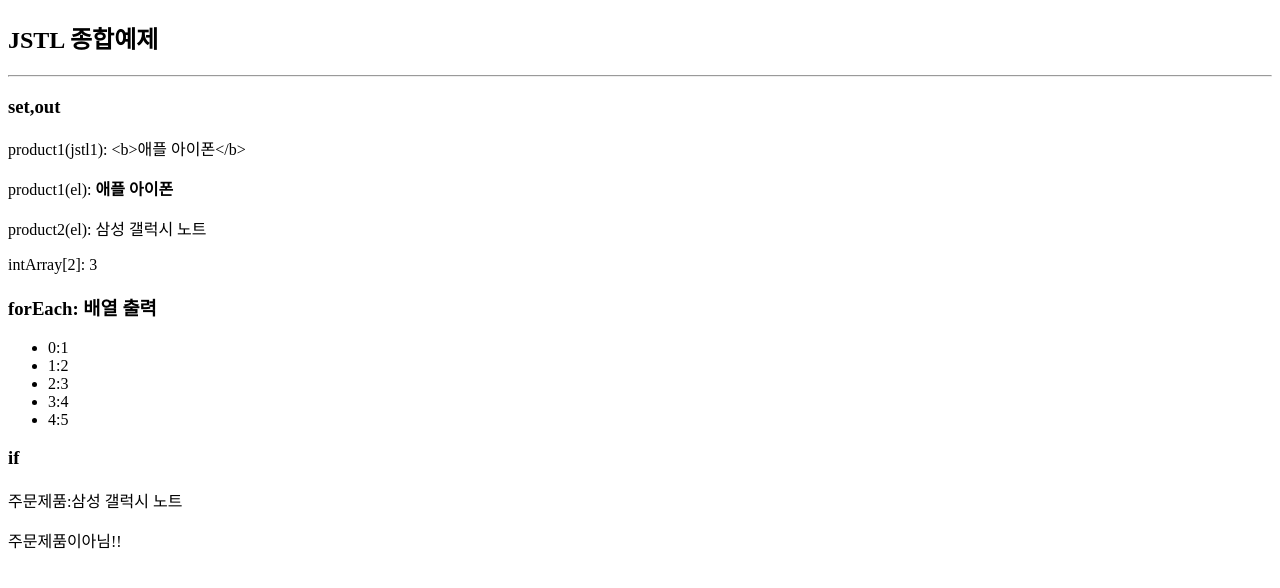
Repository: heezzanggg/JSPWebProgramming
Page: http://localhost/jwbook/ch07/jstlExam.jsp
An editor plug-in stored every save of this project. The page is shown before and after a run of saves, followed by the edit.
The browser window is 1280 px wide. The pictures show the whole page.
The page is served by Tomcat 9. Other server files are loaded and not shown.

Above is the page before, as saved 2023-03-27 18:25:01.

### JSPWebProgramming/jwbook/src/main/webapp/ch07/jstlExam.jsp
<%@ page language="java" contentType="text/html; charset=UTF-8"
    pageEncoding="UTF-8"%>
<%@ taglib uri="http://java.sun.com/jsp/jstl/core" prefix="c" %>
<!DOCTYPE html>
<html>
<head>
<meta charset="UTF-8">
<title>JSTL 종합예제</title>
</head>
<body>
	<h2>JSTL 종합예제</h2>
	<hr>

	<!-- set,out -->
	<h3>set,out</h3>
	<c:set var="product1" value="<b>애플 아이폰</b>" />
	<c:set var="product2" value="삼성 갤럭시 노트"/>
	<c:set var="intArray" value="${[1,2,3,4,5]}"/>

	<p>
		product1(jstl1):
		<c:out value="${product1}" default="Not registered" escapeXml="true" />
	</p>
	<p>product1(el): ${product1}</p>
	<p>product2(el): ${product2}</p>
	<p>intArray[2]: ${intArray[2]}</p>

	<!-- forEach -->
	<h3>forEach: 배열 출력</h3>
	<ul>
		<c:forEach var="num" varStatus="i" items="${intArray}">
			<li>${i.index}:${num}</li>
		</c:forEach>
	</ul>

	<!-- if -->
	<h3>if</h3>
	<c:set var="checkout" value="true"/>
	<c:if test="${checkout}">
		<p>주문제품:${product2}</p>
	</c:if>
		<p>주문제품이아님!!</p>
</body>
</html>

After the next 6 saves:
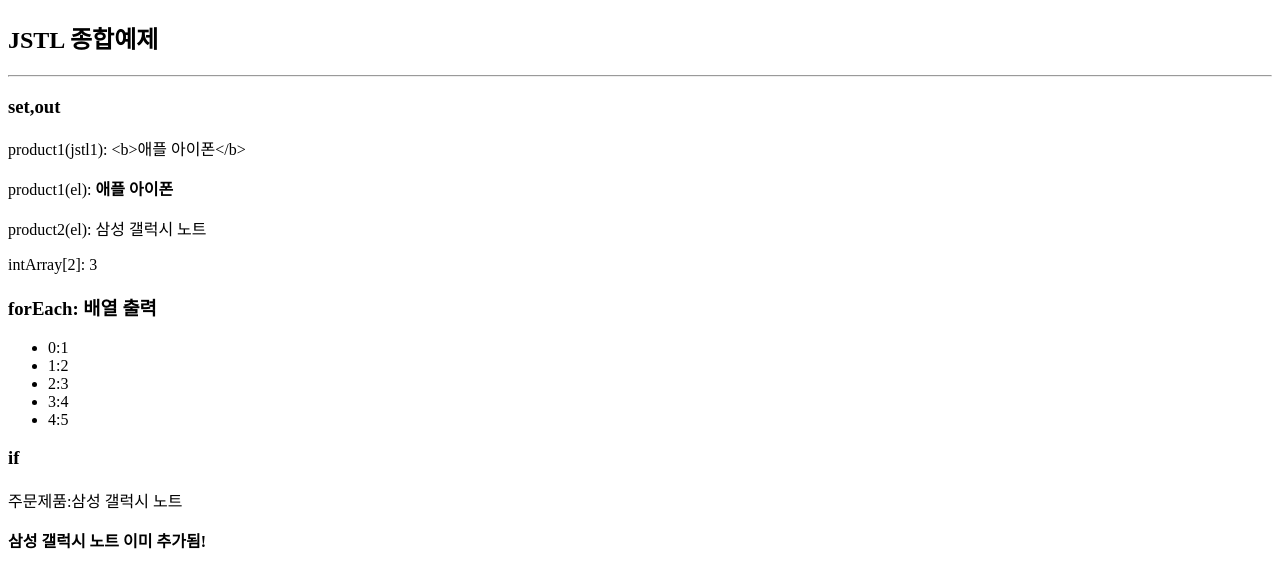
The 6 saves are shown as one change because 4 did not build or start and some came seconds apart.
The last was saved 2 min 30 s later.
--- a/JSPWebProgramming/jwbook/src/main/webapp/ch07/jstlExam.jsp
+++ b/JSPWebProgramming/jwbook/src/main/webapp/ch07/jstlExam.jsp
@@ -39,6 +39,13 @@
 	<c:if test="${checkout}">
 		<p>주문제품:${product2}</p>
 	</c:if>
+	<c:if test="${!checkout}">
 		<p>주문제품이아님!!</p>
+	</c:if>
+
+	<c:if test="${!empty product2}">
+		<p> <b>${product2} 이미 추가됨!</b></p>
+	</c:if>
+
 </body>
 </html>
